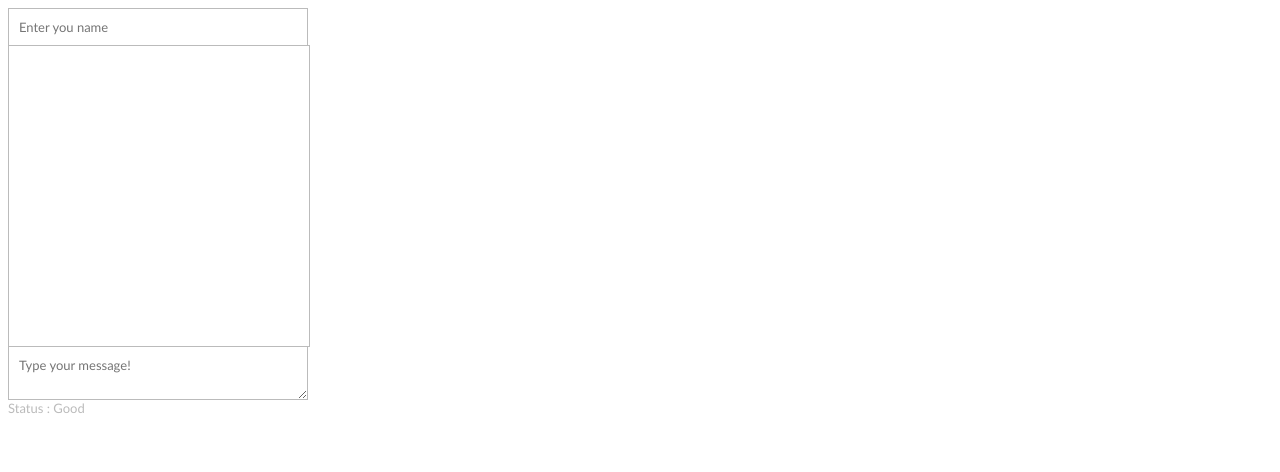
Repository: mahmoudozil/nodejsRealTimeChatApp
Page: index.html
The author's editor kept a copy of each file at every save. The page is drawn from the files as they stood at one save, then again after the next save.
The browser window is 1280 px wide. The pictures show the whole page.

Above is the page before, as saved 2018-08-10 15:39:32.

After the next save:
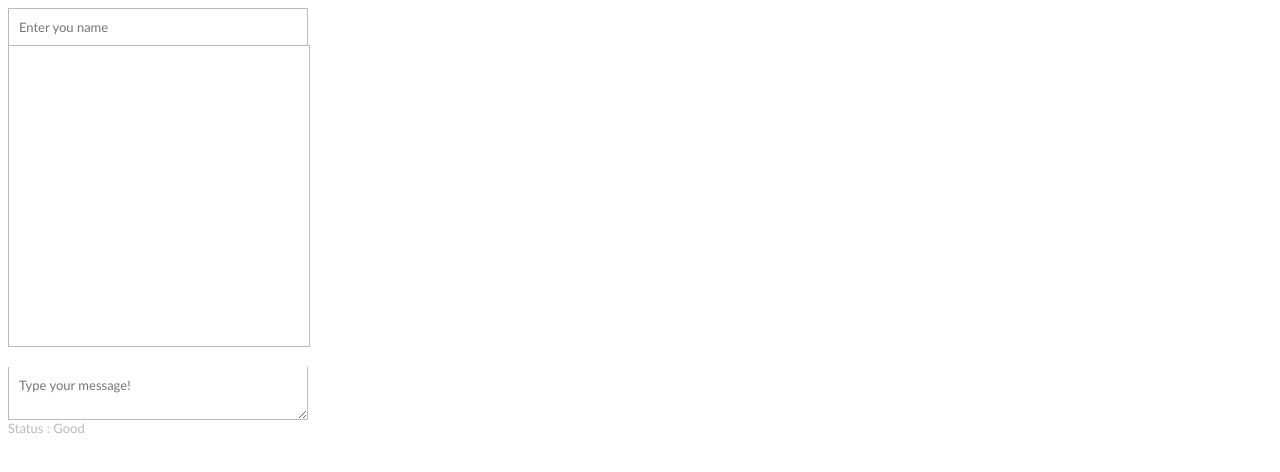
Saved 54 s later.
--- a/css/mycss.css
+++ b/css/mycss.css
@@ -14,6 +14,9 @@
     border: 1px solid #bbb
 }
 
+.chat-messages{
+    margin-bottom: 20px
+}
 .chat-messages {
     width: 100%;
     height: 300px;

After the save that followed:
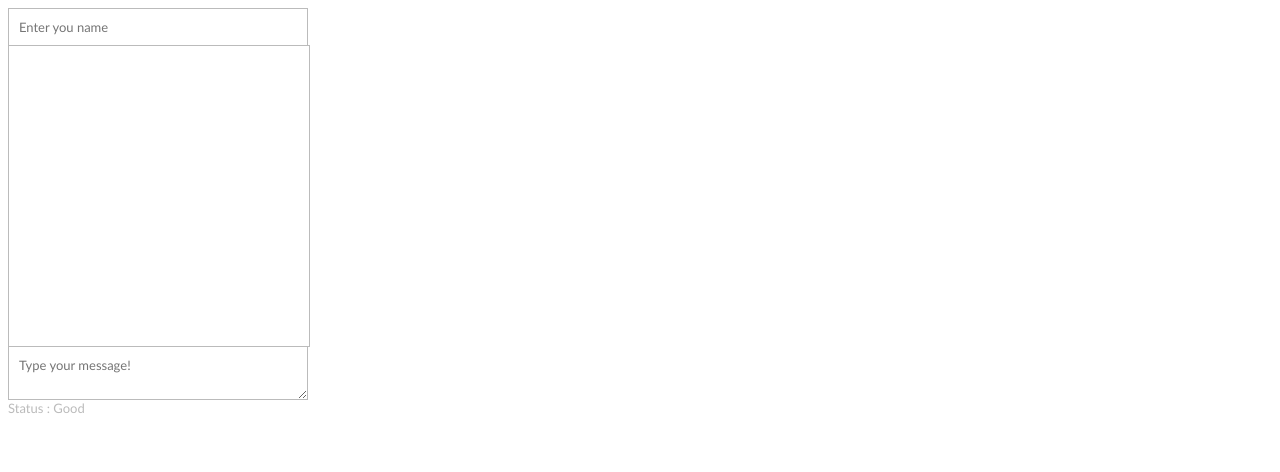
Saved 25 s later.
--- a/css/mycss.css
+++ b/css/mycss.css
@@ -14,7 +14,7 @@
     border: 1px solid #bbb
 }
 
-.chat-messages{
+.chat-message{
     margin-bottom: 20px
 }
 .chat-messages {
